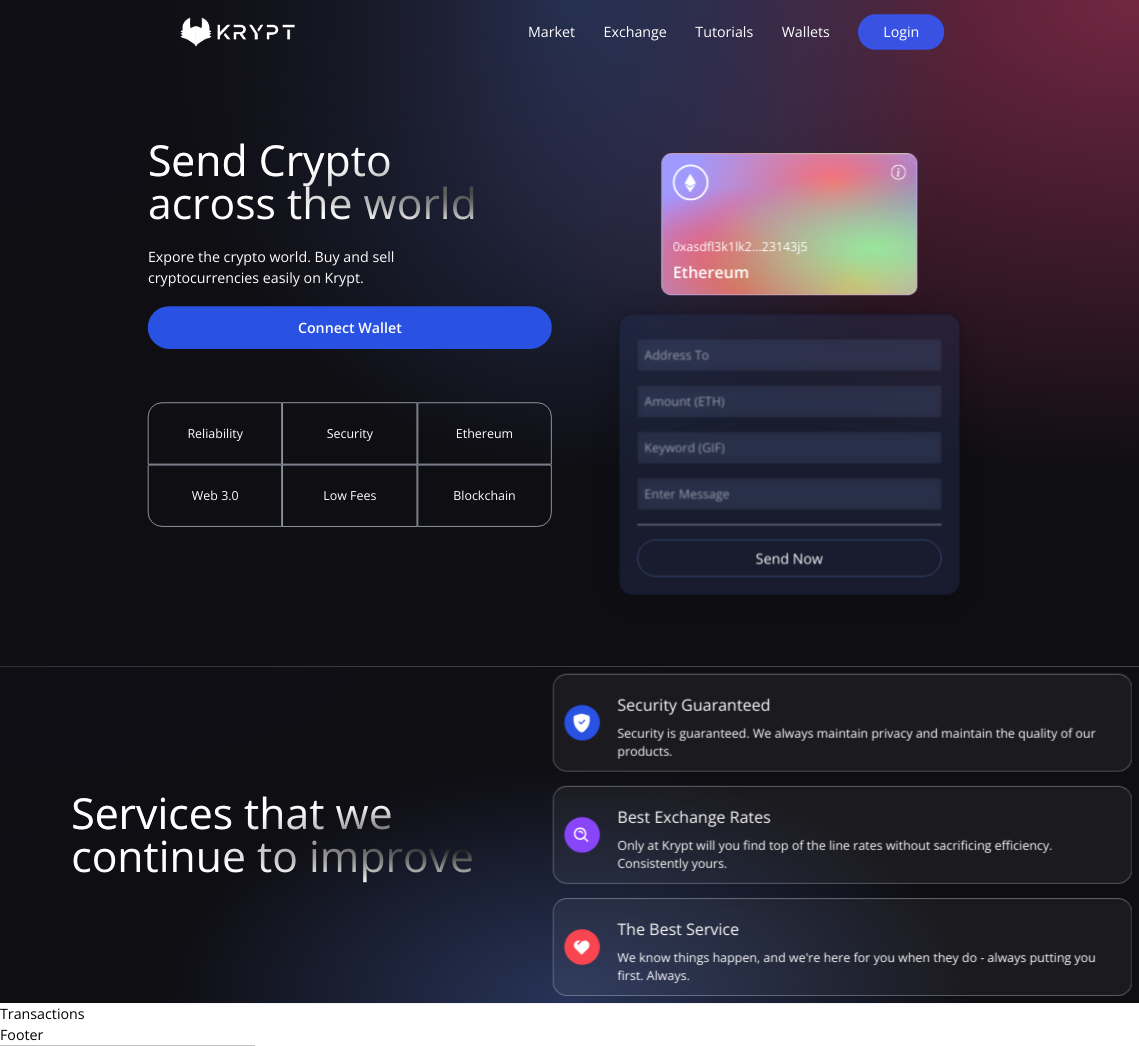
Repository: stephan-chiorean/krypt
Page: / (app in client/)
An editor plug-in stored every save of this project. The page is shown before and after the next save, followed by the edit.
The browser window is 1280 px wide. The pictures show the whole page, at 89% of full size.
The project was rebuilt for these pictures with package versions that can differ from the ones it lists, and the page was loaded fresh each time. Also part of the build but not shown: client/vite.config.js, client/src/components/Loader.jsx.

Above is the page before, as saved 2023-03-29 19:28:31.

After the next save:
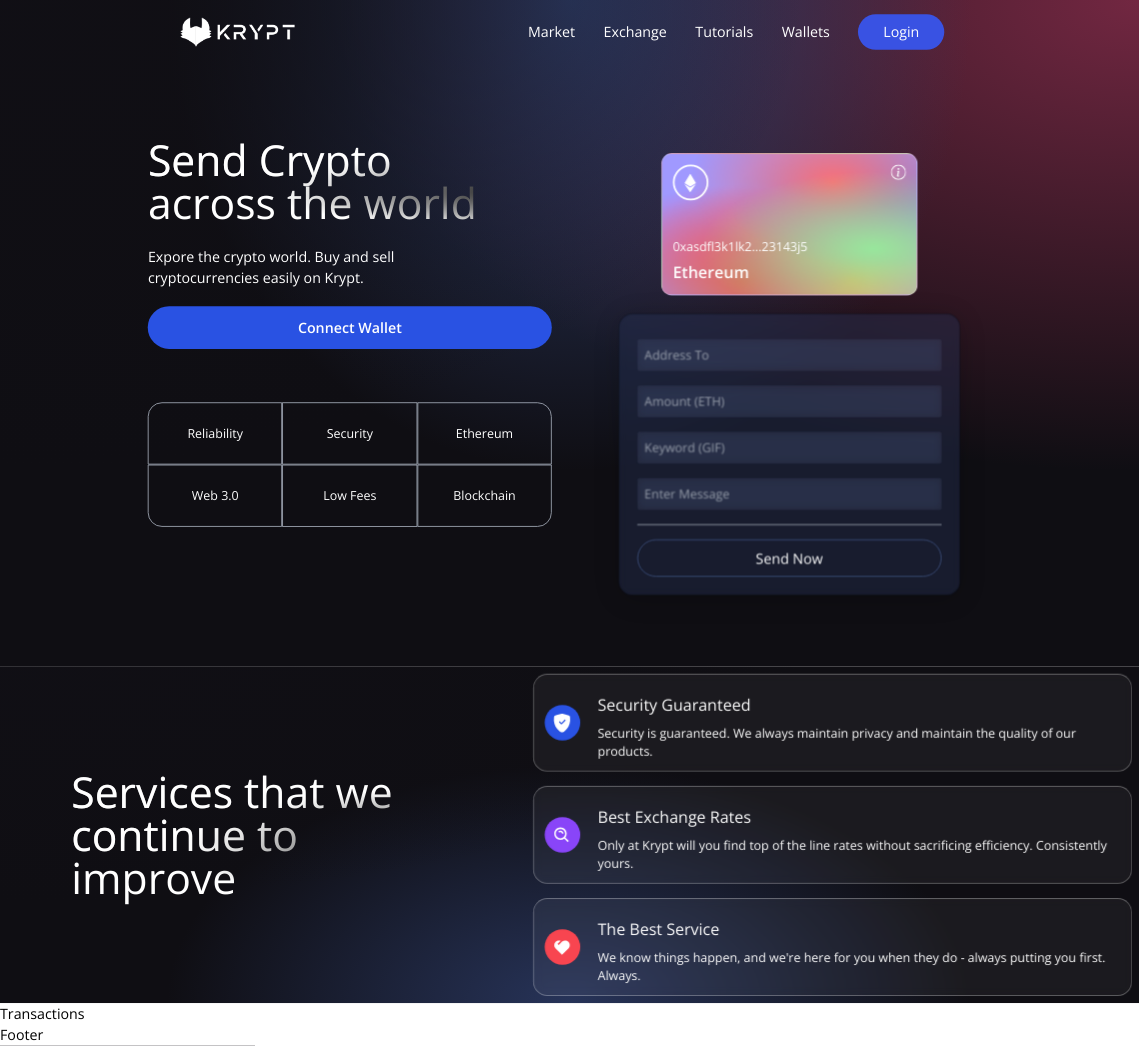
Saved 10 s later.
--- a/client/src/components/Services.jsx
+++ b/client/src/components/Services.jsx
@@ -26,7 +26,7 @@
           </h1>
         </div>
       </div>
-      <div className='flex-1 flex flex-col justify-start items-center'>
+      <div className='flex-2 flex flex-col justify-start items-center'>
         <ServiceCard
           color='bg-[#2952e3]'
           title='Security Guaranteed'

After the save that followed:
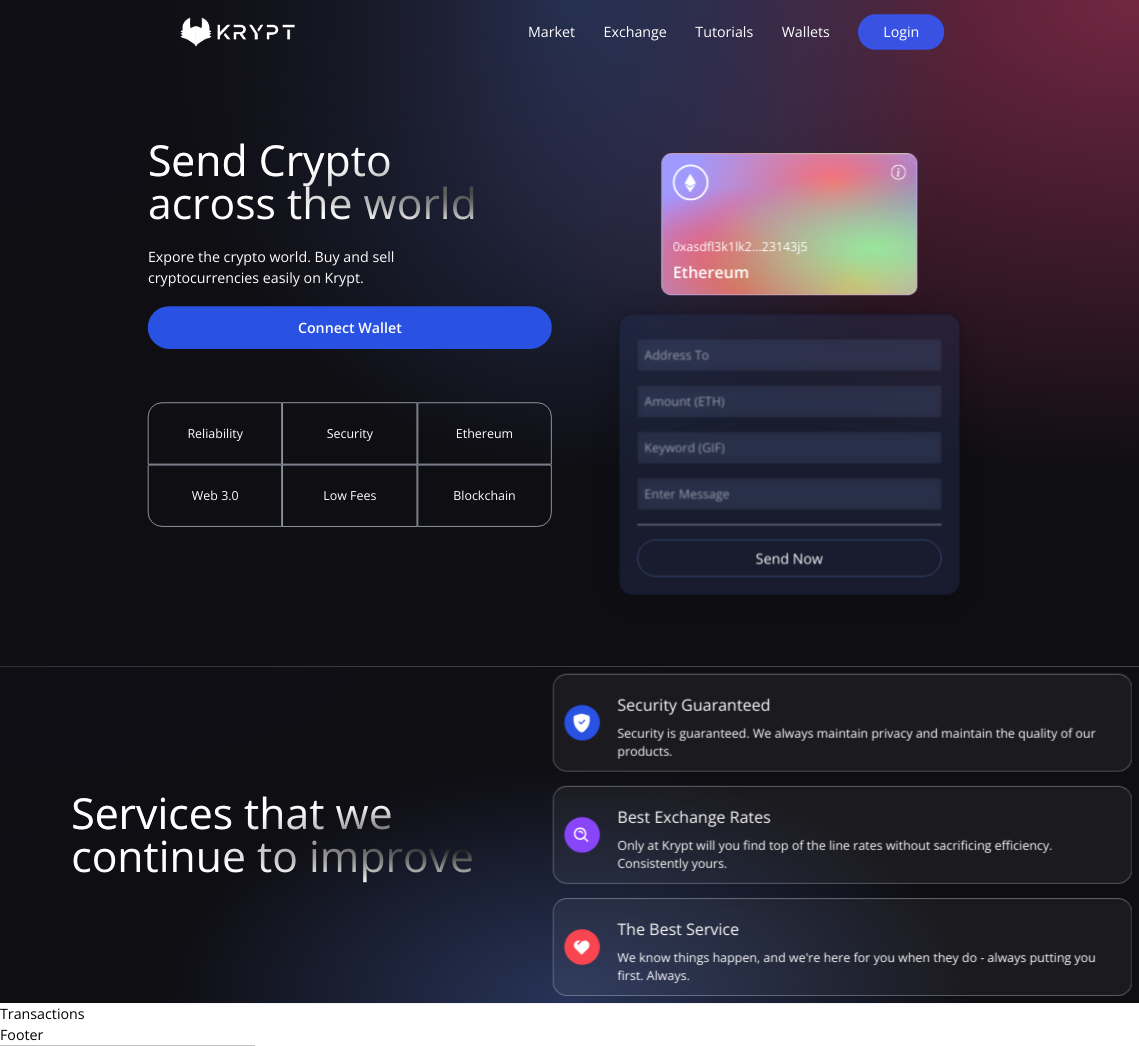
Saved 10 s later.
--- a/client/src/components/Services.jsx
+++ b/client/src/components/Services.jsx
@@ -26,7 +26,7 @@
           </h1>
         </div>
       </div>
-      <div className='flex-2 flex flex-col justify-start items-center'>
+      <div className='flex-1 flex flex-col justify-start items-center'>
         <ServiceCard
           color='bg-[#2952e3]'
           title='Security Guaranteed'
